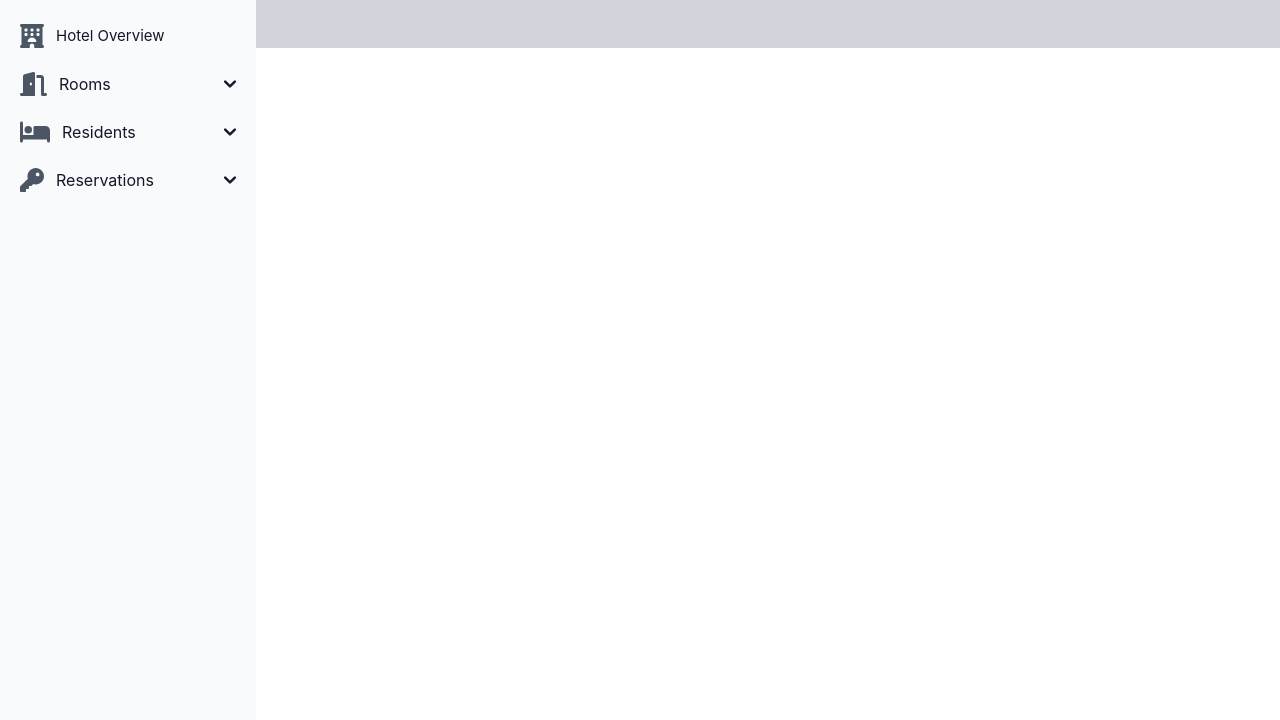
Repository: aggepap/hotelReservationsProj
Page: /rooms (app in admin-panel/)
The author's editor kept a copy of each file at every save. The page is drawn from the files as they stood at one save, then again after the next save.
The browser window is 1280 px wide. The pictures show the whole page.
The project was rebuilt for these pictures with package versions that can differ from the ones it lists, and the page was loaded fresh each time. Also part of the build but not shown: admin-panel/vite.config.ts, admin-panel/src/views/HomeView.vue, admin-panel/src/services/ApiServices.ts, admin-panel/src/views/roomviews/AddRoomView.vue.

Above is the page before, as saved 2025-01-19 20:12:20.

After the next save:
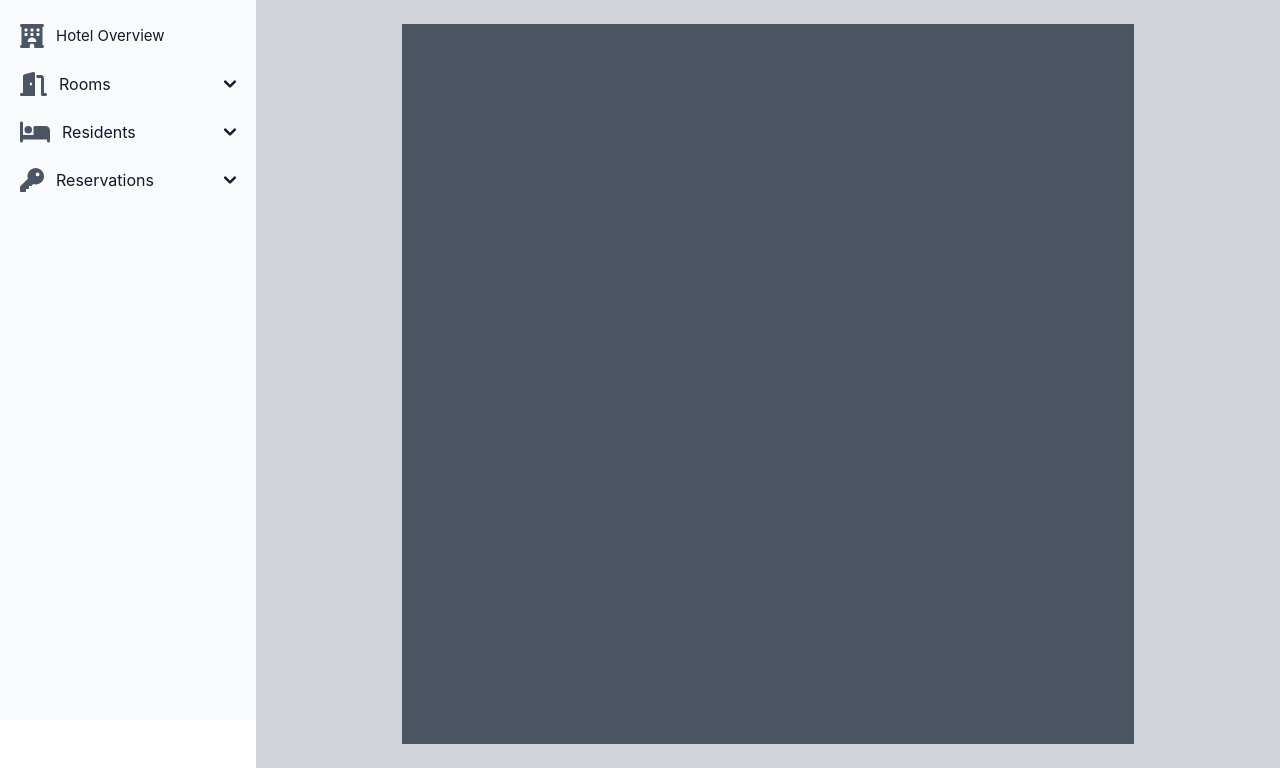
Saved 23 s later.
--- a/admin-panel/src/views/roomviews/AllRoomsView.vue
+++ b/admin-panel/src/views/roomviews/AllRoomsView.vue
@@ -1,5 +1,5 @@
 <script setup lang="ts"></script>
 
 <template>
-  <section class="w-9/12 mx-auto px-10 bg-gray-600"></section>
+  <section class="w-9/12 mx-auto px-10 bg-gray-600 h-screen"></section>
 </template>
